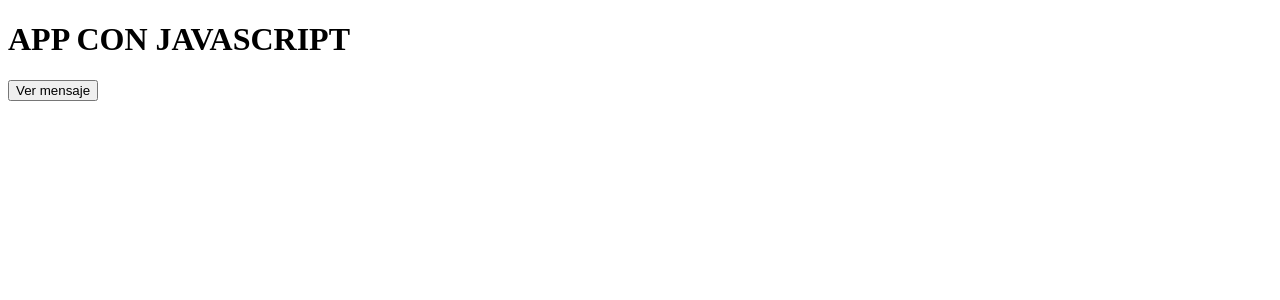
Repository: montsecg/nuclio-javascript-lecture-montse
Page: index.html
An editor plug-in stored every save of this project. The page is shown before and after the next save, followed by the edit.
The browser window is 1280 px wide. The pictures show the whole page.
After loading, the first visible `button` was clicked once.

Above is the page before, as saved 2021-04-15 19:20:14.
Console error: TypeError: button.innerText is not a function

After the next save:
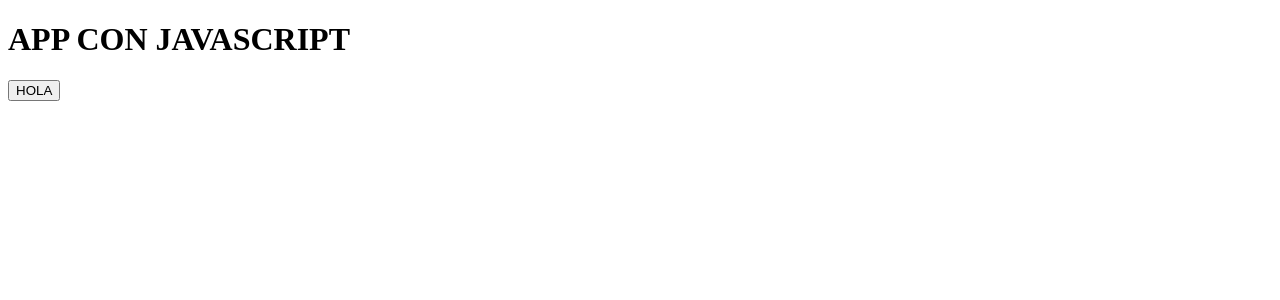
The error is gone.
Saved 41 s later.
--- a/index.js
+++ b/index.js
@@ -7,6 +7,6 @@
 });*/
 
 button.addEventListener("click", () =>{ /*primer parámeto(click)= el nombre del evento que se quiere escuchar con la función addEventListener*/
-    button.innerText("HOLA")/*segundo parámetro (@functión) = a la acción que se ha de ejecutar cuando ocurra el evento especificado en el primer parámetro*/
+    button.innerText="HOLA"/*segundo parámetro (@functión) = a la acción que se ha de ejecutar cuando ocurra el evento especificado en el primer parámetro*/
 
 });
